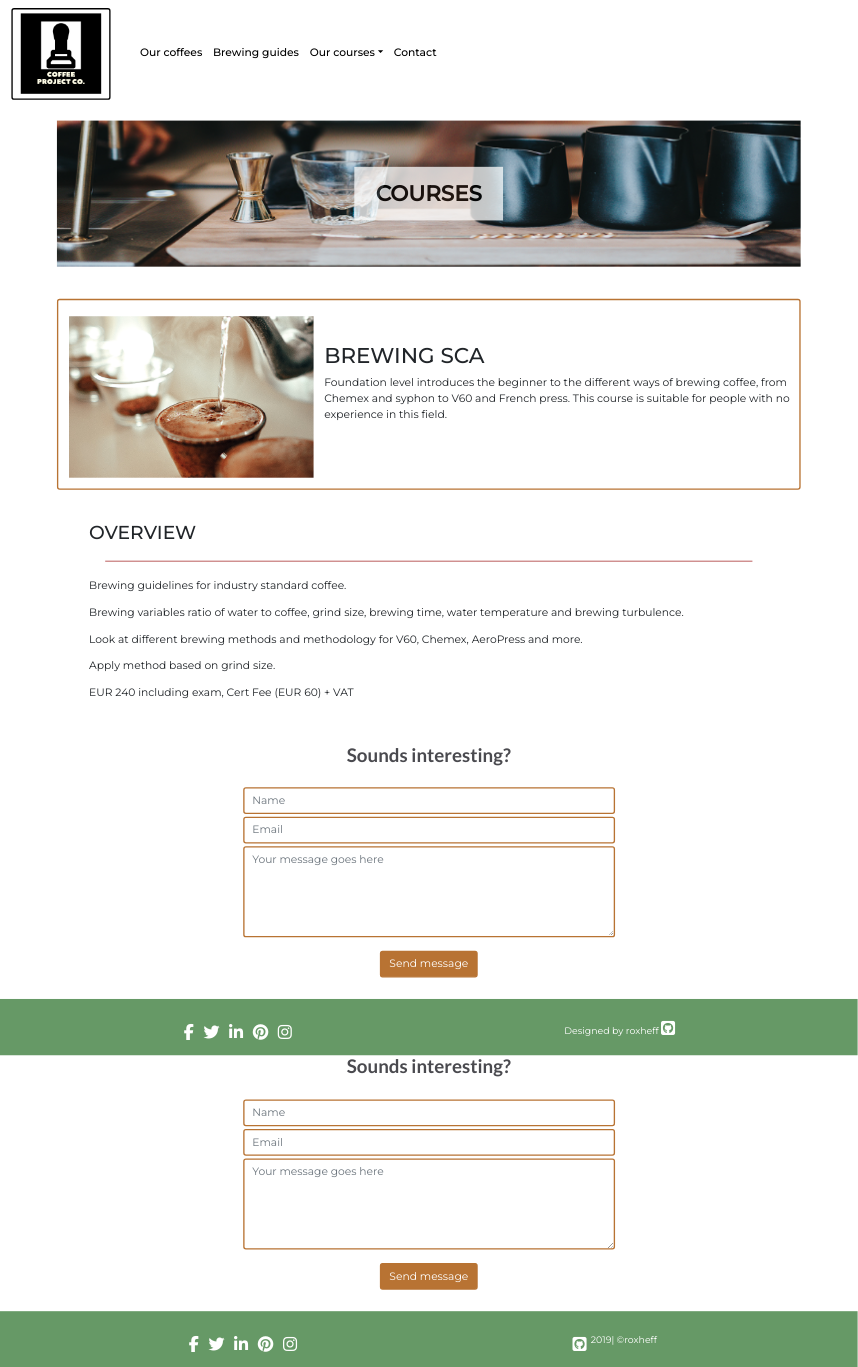
Repository: roxanahefferon/M1
Page: brewing-sca.html
The author's editor kept a record of every edit. The page is drawn from the files as they stood at one moment, then again after the next edit.
The browser window is 1280 px wide. The pictures show the whole page, at 67% of full size.
Some web libraries are served in a nearby version.

Above is the page before.

After the next edit:
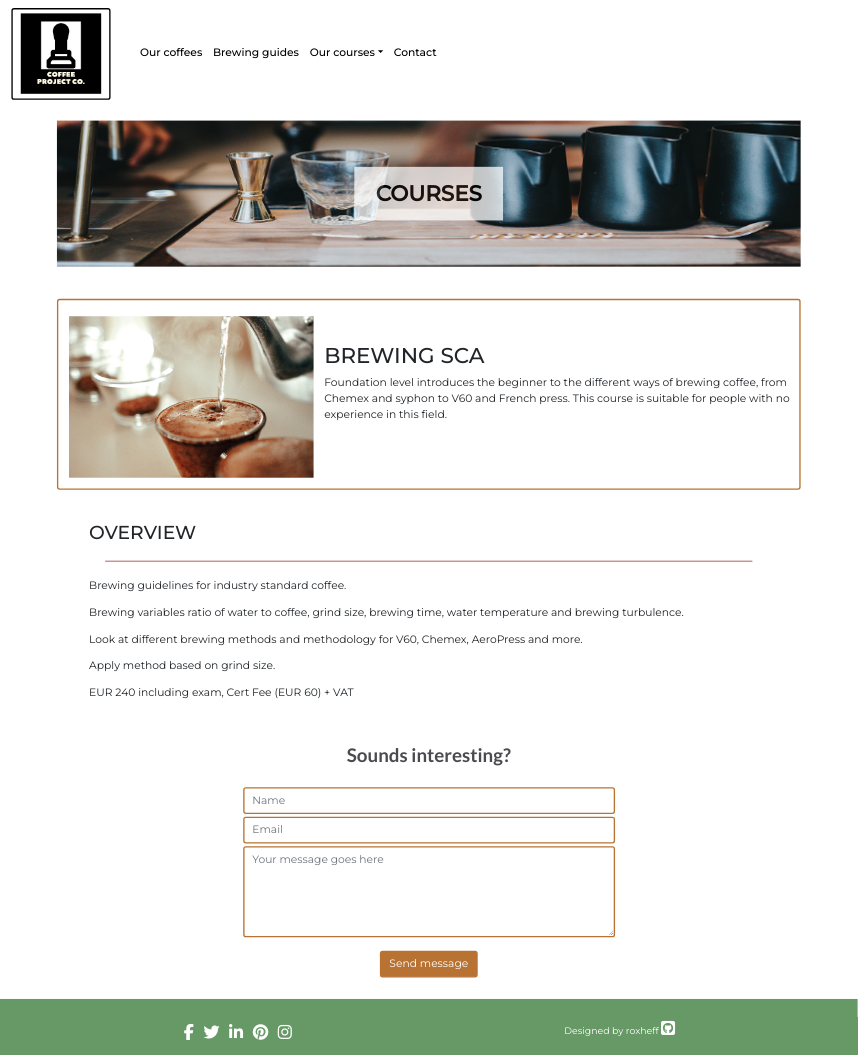
The edit:
--- a/brewing-sca.html
+++ b/brewing-sca.html
@@ -165,74 +165,6 @@
         </div>
         </div>
         </div>
-    </footer><! --- form --->
-
-    <div class="container">
-        <div class="row no-gutters">
-            <div class="col-6 offset-3">
-                <h3 class="text-center form-heading">Sounds interesting?</h3>
-                <form>
-                    <input type="text" name="name" id="fullname" class="form-control" placeholder="Name" required />
-                    <input type="email" name="email" id="emailaddress" class="form-control" placeholder="Email" required />
-                    <textarea rows="5" name="message" id="message" class="form-control" placeholder="Your message goes here" required></textarea>
-                    <div class="form-row text-center">
-                        <div class="col">
-                            <button type="submit" class="btn my-button my-border">Send message</button>
-                        </div>
-                </form>
-                </div>
-            </div>
-        </div>
-    </div>
-
-
-<!-- footer -->
-
-    <footer>
-        <div class="footer">
-            <div class="container">
-                <div class="row no-gutters">
-                    <div class="col-6 media d-inline-flex justify-content-center">
-                        <ul class="list-inline">
-                            <li class="list-inline-item footer-inline">
-                                <a href="https://www.facebook.com/" target="_blank">
-<i class="fab fa-facebook-f" aria-hidden="true"></i>
-<span class="sr-only">Facebook</span>
-</a>
-                            </li>
-                            <li class="list-inline-item footer-inline">
-                                <a href="https://twitter.com/" target="_blank">
-<i class="fab fa-twitter" aria-hidden="true"></i>
-<span class="sr-only">Twitter</span></a>
-                            </li>
-                            <li class="list-inline-item footer-inline">
-                                <a href="https://www.linkedin.com" target="_blank">
-<i class="fab fa-linkedin-in" aria-hidden="true"></i>
-<span class="sr-only">LinkedIn</span>
-</a>
-                            </li>
-                            <li class="list-inline-item footer-inline">
-                                <a href="https://www.pinterest.com/" target="_blank">
-<i class="fab fa-pinterest" aria-hidden="true"></i>
-<span class="sr-only">Pinterest</span>
-</a>
-                            </li>
-                            <li class="list-inline-item footer-inline">
-                                <a href="https://www.instagram.com/" target="_blank">
-<i class="fab fa-instagram" aria-hidden="true"></i>
-<span class="sr-only">Instagram</span>
-</a>
-                            </li>
-                        </ul>
-                    </div>
-                    <div class="col-6 my-info d-inline-flex justify-content-center">
-                        <a href="https://github.com/roxanahefferon" target="_blank"><i class="fab fa-github-square" aria-hidden="true"></i></a>
-                        <span class="sr-only">Github</span><span>&nbsp;</span>
-                        <p>2019| ©roxheff</p>
-                    </div>
-                </div>
-            </div>
-        </div>
     </footer>
 
     <script src="https://code.jquery.com/jquery-3.2.1.slim.min.js" integrity="sha384-KJ3o2DKtIkvYIK3UENzmM7KCkRr/rE9/Qpg6aAZGJwFDMVNA/GpGFF93hXpG5KkN" crossorigin="anonymous"></script>
